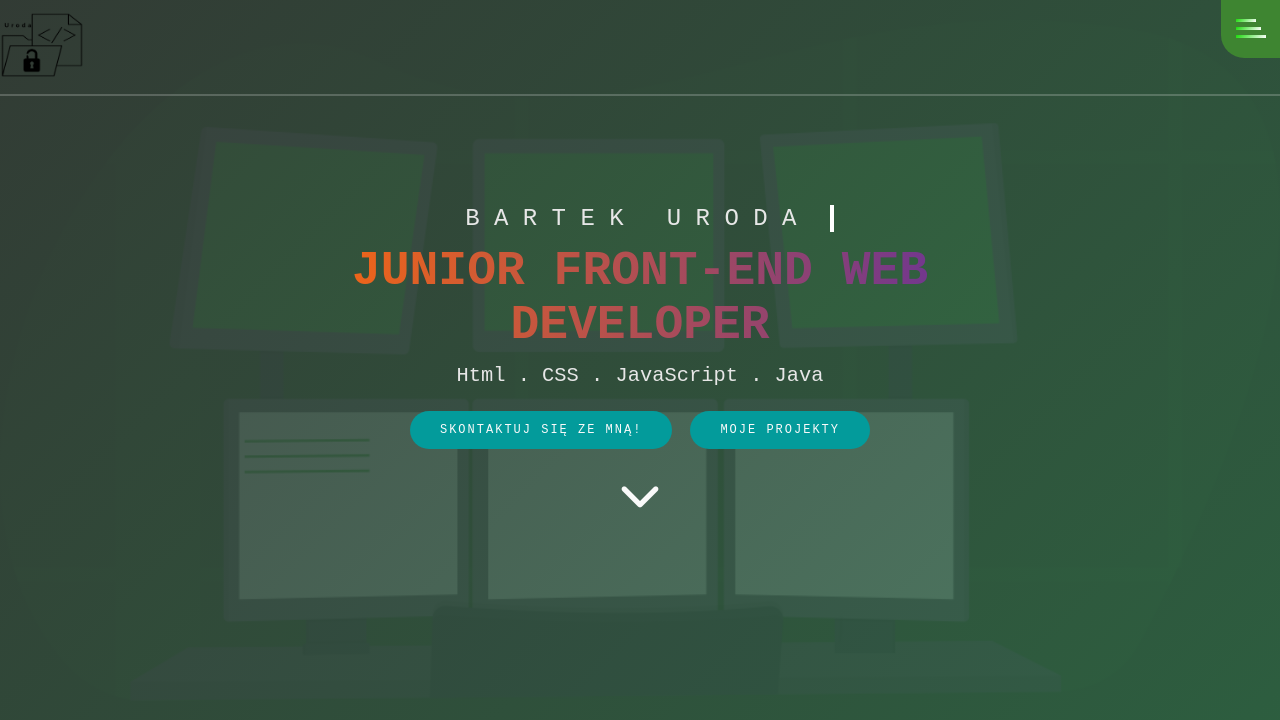
Repository: BartekUroda/portfolio
Page: index.html
These files come from the project's save history. The page is drawn as it stood at one moment and after the next save; the edit follows.
The browser window is 1280 px wide. The pictures show the whole page.
Some web fonts or font styles are not loaded; a fallback is used. Some web libraries are served in a nearby version.

Above is the page before, as saved 2020-10-27 00:32:31.

### index.html
<!DOCTYPE html>
<html lang="en">
<head>
    <meta charset="UTF-8">
    <meta name="viewport" content="width=device-width, initial-scale=1.0">
    <title>Portfolio | Bartek Uroda</title>
    <link rel="stylesheet" type="text/css" href="css/style.css">
    <link href="https://fonts.googleapis.com/css2?family=Poppins&sfamily=Share+Tech+Mono&display=swap" rel="stylesheet">
    <script src="https://kit.fontawesome.com/056e5c10dc.js" crossorigin="anonymous"></script>
    <link rel="shortcut icon" type="image/x-icon" href="images/favicon.ico" />
</head>
<body>
    <header>
        <div class="container">
            <nav>
                <div class="nav-brand">
                    <a href="index.html">
                        <img src="images/logo.png" alt="Uroda">
                    </a>
                </div>
                <div class="burger-menu-icon">
                    <div class="line1"></div>
                    <div class="line2"></div>
                    <div class="line3"></div>
                </div>
                <ul class="nav-list">
                    <li class="nav-item">
                      <a href="#landing-page">
                        <img
                          src="images/profile.jpeg"
                          alt="Bartek Uroda"
                          class="profile-pic nav-link"
                        >
                        <span class="caption nav-link">Bartek Uroda</span>
                      </a>
                    </li>
                    <li class="nav-item">
                      <a href="#about" class="nav-link">O mnie</a>
                    </li>
                    <li class="nav-item">
                      <a href="#services" class="nav-link">Usługi</a>
                    </li>
                    <li class="nav-item">
                      <a href="#projects" class="nav-link">Projekty</a>
                    </li>
                    <li class="nav-item">
                      <a href="#contact" class="nav-link">Kontakt</a>
                    </li>
                    <li class="nav-item">
                      <a href="https://www.facebook.com/bartlomiej.uroda.3" target="_blank" class="nav-link">
                        <i class="fab fa-facebook"></i>
                      </a>
                      <a href="https://github.com/Urodii" target="_blank" class="nav-link">
                        <i class="fab fa-github"></i>
                      </a>
                      <a href="https://www.youtube.com/channel/UCzT1h5RNvmbtrmKT5hPjyAg?view_as=subscriber" target="_blank" class="nav-link">
                        <i class="fab fa-youtube"></i>
                      </a>
                    </li>
                  </ul>
            </nav>
        </div>
    </header>
    <main>
      <section id="landing-page" class="landing-page">
        <div class="container">
          <div class="main-message">
            <h2>Bartek Uroda</h2>
            <h3>Junior Front-End Web Developer</h3>
            <p>Html . CSS . JavaScript . Java</p>
            <div class="intro-btn">
              <div class="cta">
                <a href="#contact" class="btn">Skontaktuj się ze mną!</a>
              </div>
              <div class="cta">
                <a href="#projects" class="btn">Moje Projekty</a>
              </div>
            </div>
            <div>
              <a href="#about" class="scroll-down">
                <i class="fa fa-chevron-down" aria-hidden="true"></i>
              </a>
            </div>
          </div>
        </div>
      </section>
    </main>
 <script type="text/javascript" src="js/main.js"></script>
</body>
</html>

### css/style.css
/* ----------GLOBAL STYLES---------- */
*,
*::before,
*::after {
  margin: 0;
  padding: 0;
  box-sizing: inherit;
}
html {
    font-family: "Share Tech Mono", monospace;
    font-size: 12px;
    box-sizing: border-box;
    scroll-behavior: smooth;
    color: #e7e7e7;
    background: rgb(49, 68, 56);
}

a {
    text-decoration: none;
    color: rgb(3, 155, 23);
}

a:hover {
    color: rgba(249, 105, 14, 1);
}

ul {
    list-style: none;
}

p {
    font-size: 1.4rem;
}

img {
    width: 100%;
    max-width: 100%;
    height: auto;
}
/* ----------HEADER---------- */
header {
    width: 100%;
    height: 5rem;
    position: absolute;
    top: 0;
    left: 0;
    z-index: 1;
}
.contenier {
    width: 100%;
    max-width: 90rem;
    margin: 0 auto;
    padding: 0 1.5rem;
}
.nav-brand {
    width: 7rem;
}
nav {
    width: 100%;
    display: flex;
    align-items: center;
    justify-content: space-between;
    padding: 1rem 0;
    border-bottom: 2px solid rgba(255, 255, 255, .2);
}
.line1 {
    width: 20px;
    height: 3px;
    margin: 5px 0;
    background: linear-gradient(
      135deg,
      rgb(27, 218, 10) 0%,
      rgb(255, 255, 255) 100%
    );
}
.line2 {
    width: 25px;
    height: 3px;
    background: linear-gradient(
      135deg,
      rgb(27, 218, 10) 0%,
      rgb(255, 255, 255) 100%
    );
}
.line3 {
    width: 30px;
    height: 3px;
    margin: 5px 0;
    background: linear-gradient(
      135deg,
      rgb(27, 218, 10) 0%,
      rgb(255, 255, 255) 100%
    );
}
.burger-menu-icon {
    cursor: pointer;
    z-index: 999;
    position: fixed;
    right: 0;
    top: 0;
    background-color: rgba(67, 145, 47, 0.815);
    padding: 1.2rem;
    border-radius: 0% 0% 0% 40%;
}
.profile-pic {
    height: 9rem;
    width: auto;
    border-radius: 50%;
    display: block;
    margin: 1.5rem 0;
}
.caption {
    display: block;
}
.nav-list {
    width: 24rem;
    height: 100vh;
    background-color:  rgb(69, 85, 75);
    position: fixed;
    top: 0;
    right: -26rem;
    display: flex;
    flex-direction: column;
    align-items: center;
    justify-self: start;
    z-index: 998;
    transition: all 650ms ease-in-out;
}
.nav-list.active {
    right: 0;
}
.nav-item {
    margin: 1.2rem 0;
}
.nav-link {
    opacity: 0;
    font-size: 1.3rem;
    text-transform: uppercase;
    color: #cecece;
    letter-spacing: 1.5px;
}
.nav-link:hover {
    color: rgb(62, 248, 15);
}
.toggle {
    background: none;
}
.toggle .line1 {
    transform: rotate(-45deg) translate(-5px, 6px) scalex(2);
}
.toggle .line2 {
    opacity: 0;
}
.toggle .line3 {
    width: 20px;
    transform: rotate(45deg) translate(-5px, -6px) scalex(2);
    margin-left: 0px;
}
@keyframes navLinkAnimate {
    from{
        opacity: 0;
        transform: translate(50px);
    }
    to{
        opacity: 1;
        transform: translate(0px);
    }
}
/* ----------MAIN---------- */
.landing-page{
    width: 100%;
    height: 100vh;
    background: linear-gradient(
        135deg,
        rgba(50, 58, 52, 0.9) 0%,
        rgba(44, 100, 65, 0.8) 100%
    ),
    url('../images/mainpage.png') center no-repeat;
    background-size: contain;
    position: relative;
}
.main-message {
    width: 100%;
    max-width: 58rem;
    text-transform: uppercase;
    position: absolute;
    left: 50%;
    top: 50%;
    transform: translate(-50%, -50%);
    text-align: center;
}
.main-message h2 {
    letter-spacing: 1.2rem;
    font-size: 2rem;
    font-weight: 400;
    overflow: hidden;
    white-space: nowrap;
    animation: typing 5s steps(27), blink 1s ease-in-out 7s infinite;
    width: 27ch;
    margin: auto;
    border-right: 4px solid rgba(255, 255, 255, 1);
}

@keyframes typing {
    75% {
      width: 0ch;
      color: rgba(249, 105, 14, 1);
    }
    100% {
      width: 27ch;
    }
  }

  @keyframes blink {
    0% {
      border-right: 4px solid rgba(255, 255, 255, 0);
    }
    100% {
      border-right: 4px solid rgb(194, 194, 194);
    }
  }

  .main-message h3 {
    font-size: 4rem;
    margin: 1rem 0;
    color: rgba(249, 105, 14, 1);
    background: linear-gradient(
      to right,
      rgba(249, 105, 14, 1) 0%,
      rgba(102, 51, 153, 1) 100%
    );
    -webkit-background-clip: text;
    -webkit-text-fill-color: transparent;
  }

  .main-message p {
    text-transform: none;
    font-size: 1.7rem;
    font-weight: 400;
  }

  .intro-btn {
    display: flex;
    justify-content: center;
  }

  .btn {
    margin: 0 9px;
    background: rgba(3, 155, 155);
    border-radius: 2rem;
    color: #fafafa;
    padding: 1rem 2.5rem;
    display: inline-block;
    margin-top: 2rem;
    transition: background-color 650ms;
    font-weight: 500;
    letter-spacing: 2px;
  }
.btn:hover {
    color: #fafafa;
    background-color: rgba(189, 72, 0);
}

.scroll-down i {
    color: #fafafa;
    transition: color 650ms;
    margin-top: 2rem;
    font-size: 3.5rem;
}

.scroll-down i:hover {
    color: rgba(189, 72, 0);
}

### js/main.js
//eselect elements
const selectElement = (s) => document.querySelector(s);
const navLinks = document.querySelectorAll(".nav-link");

selectElement(".burger-menu-icon").addEventListener("click", () => {
    selectElement(".nav-list").classList.toggle("active");
    selectElement(".burger-menu-icon").classList.toggle("toggle")

    navLinks.forEach((link, index) => {
        if (link.style.animation){
            link.style.animation = ""
        }else{
            link.style.animation = `navLinkAnimate 0.5s ease forwards ${ index/7 + 0.5}s`
            console.log(index/7 + 0.5)
        }
    })
});

After the next save:
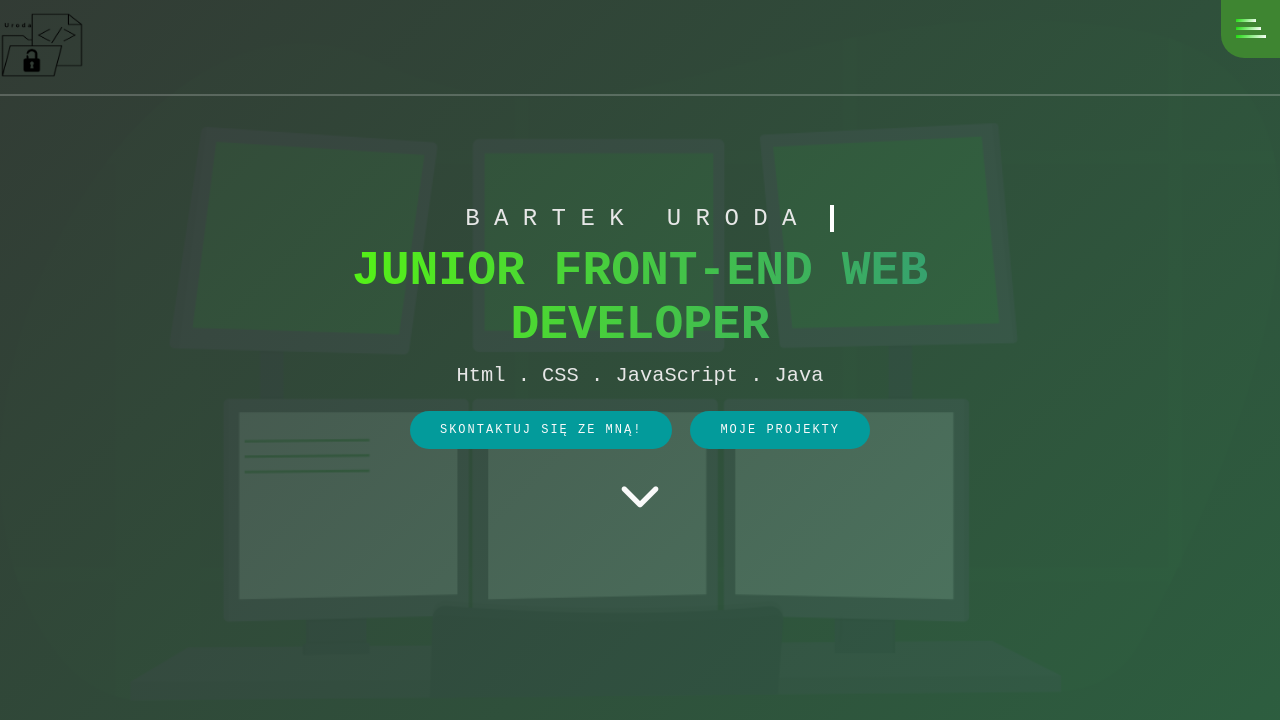
Saved 109 s later.
--- a/css/style.css
+++ b/css/style.css
@@ -220,31 +220,31 @@ nav {
     }
   }
 
-  .main-message h3 {
+.main-message h3 {
     font-size: 4rem;
     margin: 1rem 0;
     color: rgba(249, 105, 14, 1);
     background: linear-gradient(
       to right,
-      rgba(249, 105, 14, 1) 0%,
-      rgba(102, 51, 153, 1) 100%
+      rgb(88, 249, 14) 0%,
+      rgb(51, 153, 119) 100%
     );
     -webkit-background-clip: text;
     -webkit-text-fill-color: transparent;
-  }
-
-  .main-message p {
+}
+
+.main-message p {
     text-transform: none;
     font-size: 1.7rem;
     font-weight: 400;
-  }
-
-  .intro-btn {
+}
+
+.intro-btn {
     display: flex;
     justify-content: center;
-  }
-
-  .btn {
+}
+
+.btn {
     margin: 0 9px;
     background: rgba(3, 155, 155);
     border-radius: 2rem;
@@ -255,7 +255,7 @@ nav {
     transition: background-color 650ms;
     font-weight: 500;
     letter-spacing: 2px;
-  }
+}
 .btn:hover {
     color: #fafafa;
     background-color: rgba(189, 72, 0);
